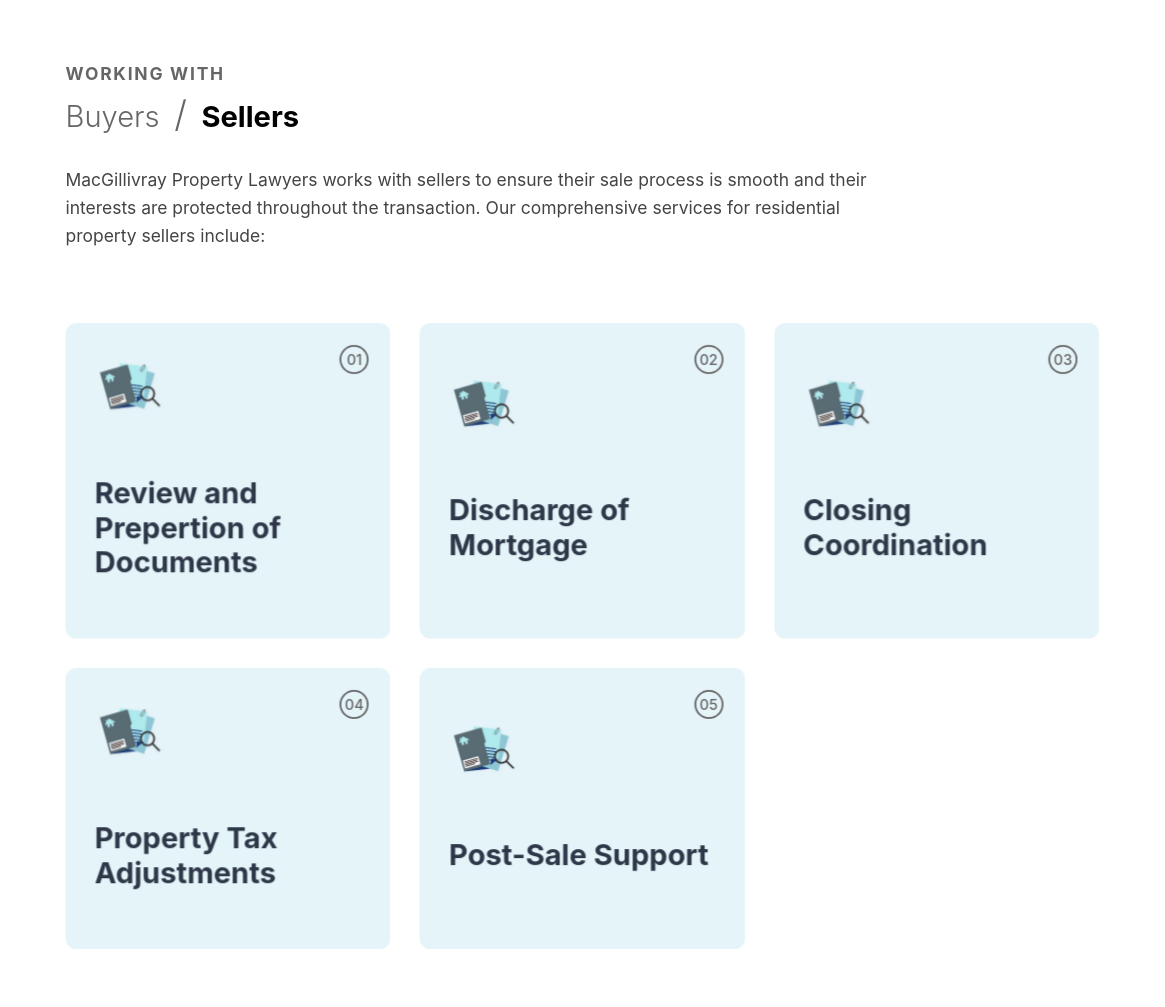
Repository: mibma/alphavent
Page: /sellers
These files come from the project's save history. The page is drawn as it stood at one moment and after the next save; the edit follows.
The browser window is 1280 px wide. The pictures show the whole page, at 91% of full size.
The project was rebuilt for these pictures with package versions that can differ from the ones it lists, and the page was loaded fresh each time. The framework's server and built-in components were replaced by stand-ins that run in the browser.

Above is the page before, as saved 2025-04-24 18:13:09.

### pages/_app.js
import '../styles/globals.css'

function MyApp({ Component, pageProps }) {
  return <Component {...pageProps} />
}

export default MyApp

### pages/sellers.js
import styles from '../styles/Home.module.css';
import Head from 'next/head';
import Link from 'next/link';
import Image from 'next/image';
import { useRouter } from 'next/router';
import { useState } from 'react';

const sellerServices = [
  {
    id: '01',
    title: 'Review and Prepertion of Documents',
    icon: '/Capture.JPG'
  },
  {
    id: '02',
    title: 'Discharge of Mortgage',
    icon: '/Capture.JPG'
  },
  {
    id: '03',
    title: 'Closing Coordination',
    icon: '/Capture.JPG'
  },
  {
    id: '04',
    title: 'Property Tax Adjustments',
    icon: '/Capture.JPG'
  },
  {
    id: '05',
    title: 'Post-Sale Support',
    icon: '/Capture.JPG'
  }
];

export default function SellerPage() {
  const router = useRouter();
  const [isTransitioning, setIsTransitioning] = useState(false);

  const handleBuyerClick = (e) => {
    e.preventDefault();
    setIsTransitioning(true);
    setTimeout(() => {
      router.push('/');
    }, 300);
  };

  return (
    <div className={styles.container}>
      <Head>
        <title>Working with Sellers | MacGillivray Property Lawyers</title>
        <meta name="description" content="Professional property law services for sellers" />
      </Head>

      <main className={styles.main}>
        <div className={styles.header}>
          <h1 className={styles.title}>
            <span className={styles.mainTitle}>WORKING WITH</span>
            <div className={styles.titleRow}>
              <Link
                href="/"
                className={styles.smallTitle}
                onClick={handleBuyerClick}
              >
                Buyers
              </Link>
              <span className={styles.divider}>/</span>
              <span className={`${styles.largeTitle} ${isTransitioning ? styles.exitToRight : ''}`}>
                Sellers
              </span>
            </div>
          </h1>

          <p className={styles.description}>
            MacGillivray Property Lawyers works with sellers to ensure their sale process is smooth and their interests are protected throughout the transaction. Our comprehensive services for residential property sellers include:
          </p>
        </div>

        <div className={styles.servicesGrid}>
          {sellerServices.map((service) => (
            <div key={service.id} className={styles.serviceCard}>
              <div className={styles.serviceContent}>
                <div className={styles.iconContainer}>
                  <Image
                    src={service.icon}
                    alt={service.title}
                    fill
                    className={styles.icon}
                  />
                </div>
                <h3 className={styles.serviceTitle}>{service.title}</h3>
              </div>
              <div className={styles.serviceNumber}>{service.id}</div>
            </div>
          ))}
        </div>
      </main>
    </div>
  );
}

### styles/globals.css
html,
body {
  padding: 0;
  margin: 0;
  font-family: -apple-system, BlinkMacSystemFont, Segoe UI, Roboto, Oxygen,
    Ubuntu, Cantarell, Fira Sans, Droid Sans, Helvetica Neue, sans-serif;
}

a {
  color: inherit;
  text-decoration: none;
}

* {
  box-sizing: border-box;
}

### styles/Home.module.css
.container {
  max-width: 1200px;
  margin: 0 auto;
  padding: 2rem;
  overflow-x: hidden;
}

.nav {
  display: flex;
  justify-content: flex-end;
  padding: 1rem 0;
}

.navLink {
  color: #0070f3;
  text-decoration: none;
  font-size: 1.1rem;
  transition: color 0.3s ease;
}

.navLink:hover {
  color: #0051b3;
}

.main {
  min-height: 100vh;
  padding: 1rem 0;
}

.header {
  margin-bottom: 4rem;
  position: relative;
}

.title {
  margin-bottom: 2rem;
}

.mainTitle {
  display: block;
  font-size: 1.2rem;
  color: #666;
  margin-bottom: 0.5rem;
  letter-spacing: 0.1em;
  opacity: 0;
  animation: fadeInDown 0.5s ease forwards;
}

.titleRow {
  display: flex;
  align-items: baseline;
  gap: 1rem;
  position: relative;
}

.titleWrapper {
  display: flex;
  align-items: baseline;
  gap: 1rem;
}

.largeTitle {
  font-weight: 700;
  color: #000;
  transition: font-size 0.6s ease;
  cursor: pointer;
}

.titleButton {
  background: none;
  border: none;
  cursor: pointer;
  padding: 0;
  font-size: 2.5rem;
  color: #666;
  font-weight: 300;
  transition: all 0.3s ease;
}

.titleButton:hover {
  color: #000;
}

.titleExit {
  animation: none;
}

.cardFlip {
  animation: flipCard 0.6s ease forwards;
}

.fadeOut {
  opacity: 0;
  transition: opacity 0.3s ease;
}

.fadeIn {
  opacity: 1;
  transition: opacity 0.3s ease;
}

.divider {
  font-size: 2.5rem;
  color: #666;
  font-weight: 300;
}

.smallTitle {
  font-weight: 300;
  color: #666;
  transition: all 0.6s ease;
  cursor: pointer;
}

.description {
  font-size: 1.2rem;
  line-height: 1.6;
  color: #444;
  max-width: 900px;
  margin-bottom: 3rem;
  opacity: 0;
  animation: fadeIn 0.5s ease 0.5s forwards;
}

.servicesGrid {
  display: grid;
  grid-template-columns: repeat(auto-fit, minmax(280px, 1fr));
  gap: 2rem;
  padding: 1rem 0;
}

.serviceCard {
  background-color: #E5F4F9;
  border-radius: 12px;
  padding: 2rem;
  position: relative;
  transition: transform 0.3s ease;
  min-height: 180px;
  display: flex;
  flex-direction: column;
  justify-content: center;
  transform-style: preserve-3d;
  perspective: 1000px;
  opacity: 0;
  animation: fadeInUp 0.5s ease forwards;
}

.serviceCard:nth-child(1) { animation-delay: 0.6s; }
.serviceCard:nth-child(2) { animation-delay: 0.7s; }
.serviceCard:nth-child(3) { animation-delay: 0.8s; }
.serviceCard:nth-child(4) { animation-delay: 0.9s; }
.serviceCard:nth-child(5) { animation-delay: 1.0s; }

.serviceCard:hover {
  transform: translateY(-5px);
  box-shadow: 0 10px 20px rgba(0, 0, 0, 0.05);
}

.serviceContent {
  flex: 1;
  display: flex;
  flex-direction: column;
  justify-content: center;
  backface-visibility: hidden;
}

.iconContainer {
  width: 80px;
  height: 80px;
  margin-bottom: 1.5rem;
  position: relative;
}

.icon {
  width: 100%;
  height: 100%;
  object-fit: contain;
}

.serviceNumber {
  position: absolute;
  top: 1.5rem;
  right: 1.5rem;
  background-color: transparent;
  color: #666;
  width: 32px;
  height: 32px;
  border: 2px solid #666;
  border-radius: 50%;
  display: flex;
  align-items: center;
  justify-content: center;
  font-size: 1rem;
  font-weight: 500;
}

.serviceTitle {
  font-size: 2rem;
  font-weight: 700;
  color: #2d3748;
  line-height: 1.2;
}

.serviceDescription {
  color: #718096;
  line-height: 1.5;
}

@keyframes fadeInUp {
  from {
    opacity: 0;
    transform: translateY(20px);
  }
  to {
    opacity: 1;
    transform: translateY(0);
  }
}

@keyframes fadeInDown {
  from {
    opacity: 0;
    transform: translateY(-20px);
  }
  to {
    opacity: 1;
    transform: translateY(0);
  }
}

@keyframes fadeIn {
  from {
    opacity: 0;
  }
  to {
    opacity: 1;
  }
}

@keyframes slideInRight {
  from {
    opacity: 0;
    transform: translateX(-100%);
  }
  to {
    opacity: 1;
    transform: translateX(0);
  }
}

@keyframes slideOutRight {
  from {
    opacity: 1;
    transform: translateX(0);
  }
  to {
    opacity: 0;
    transform: translateX(100%);
  }
}

/* Add a class for exit animation */
.exitToRight {
  animation: slideOutRight 0.6s ease forwards;
}

.enterFromRight {
  animation: slideInRight 0.6s ease forwards;
}

@media (max-width: 768px) {
  .container {
    padding: 1rem;
  }

  .titleRow {
    flex-direction: column;
    gap: 0.5rem;
  }

  .divider {
    display: none;
  }

  .smallTitle {
    font-size: 2rem;
  }

  .servicesGrid {
    grid-template-columns: 1fr;
  }

  .serviceCard {
    min-height: 150px;
  }

  .serviceTitle {
    font-size: 1.75rem;
  }
}

@keyframes flipCard {
  0% {
    transform: perspective(1000px) rotateY(0);
  }
  50% {
    transform: perspective(1000px) rotateY(90deg);
    opacity: 0;
  }
  51% {
    transform: perspective(1000px) rotateY(-90deg);
    opacity: 0;
  }
  100% {
    transform: perspective(1000px) rotateY(0);
    opacity: 1;
  }
}

.flipCard {
  animation: flipCard 0.6s ease forwards;
}

After the next save:
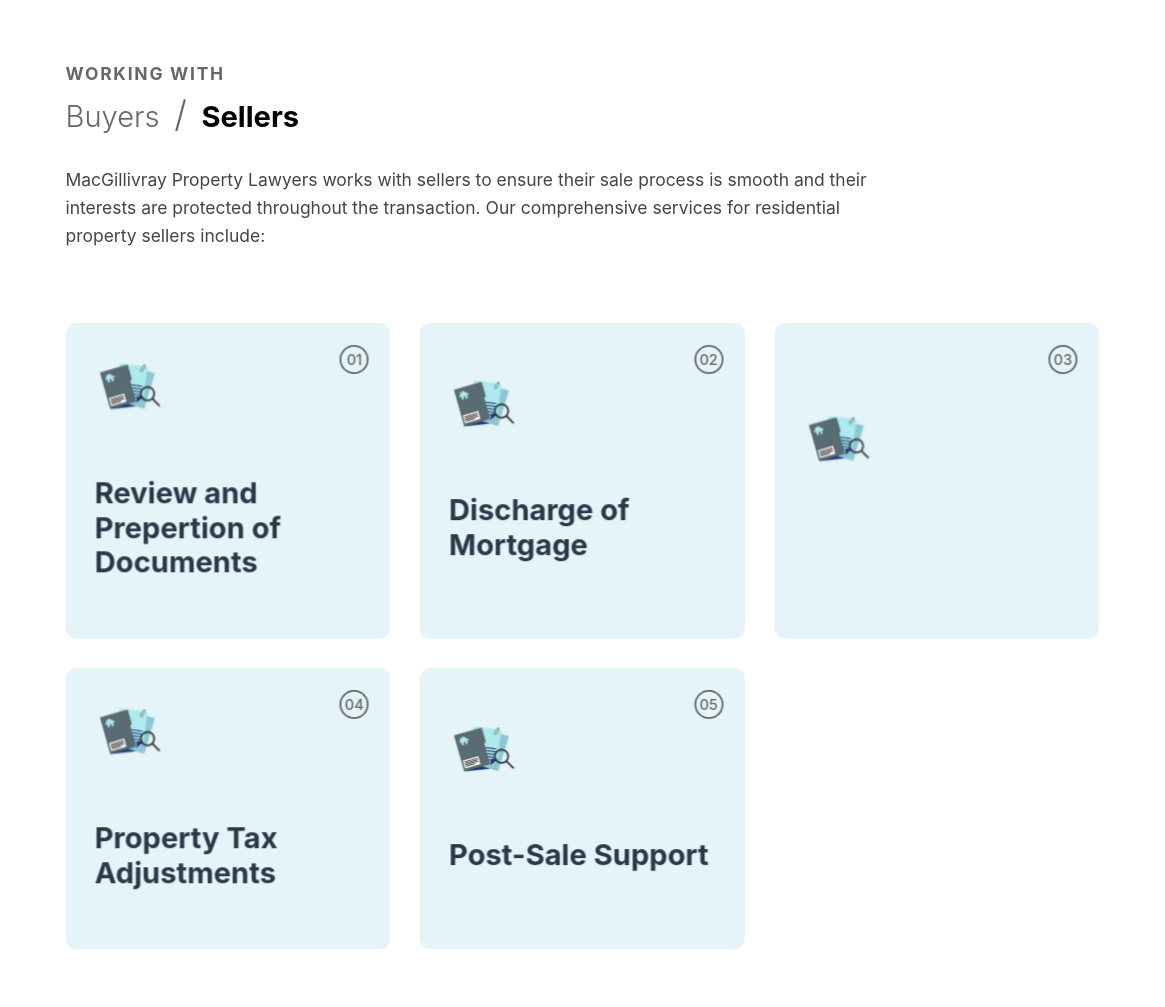
Saved 10 s later.
--- a/pages/sellers.js
+++ b/pages/sellers.js
@@ -18,7 +18,7 @@ const sellerServices = [
   },
   {
     id: '03',
-    title: 'Closing Coordination',
+    title: '',
     icon: '/Capture.JPG'
   },
   {
